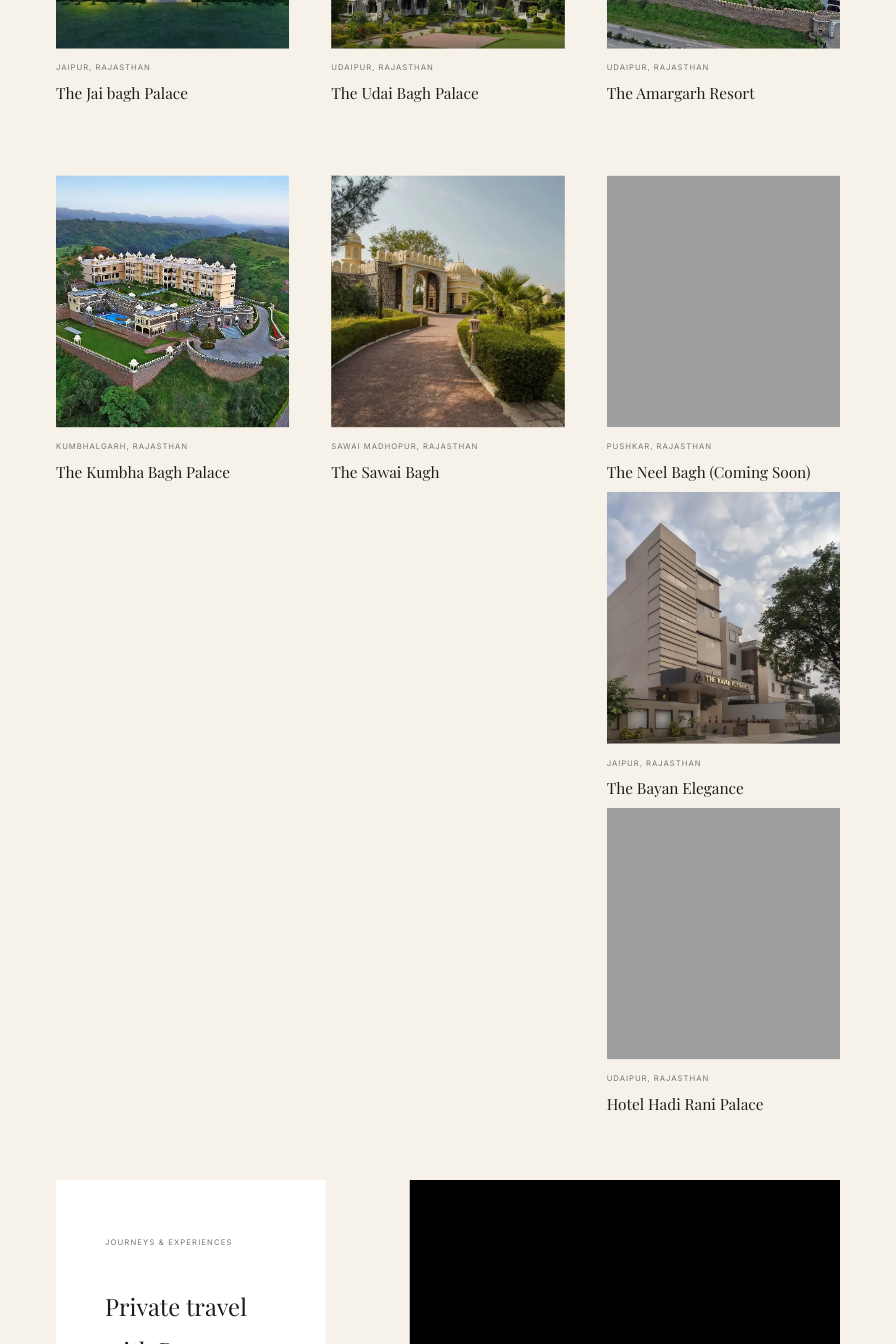
Repository: Arpitpawa/bayan-website
Page: hotels.html
These files come from the project's save history. The page is drawn as it stood at one moment and after the next save; the edit follows.
The browser window is 1280 px wide. The pictures show the part of the page from y = 1232 to 3152 px (the page is 4233 px tall before and 4413 px after), at 70% of full size.
Pictures or frames that could not be fetched are drawn as grey boxes.

Above is the page before, as saved 2026-02-28 12:11:17.
Console error: TypeError: Cannot set properties of null (setting 'onclick')

After the next save:
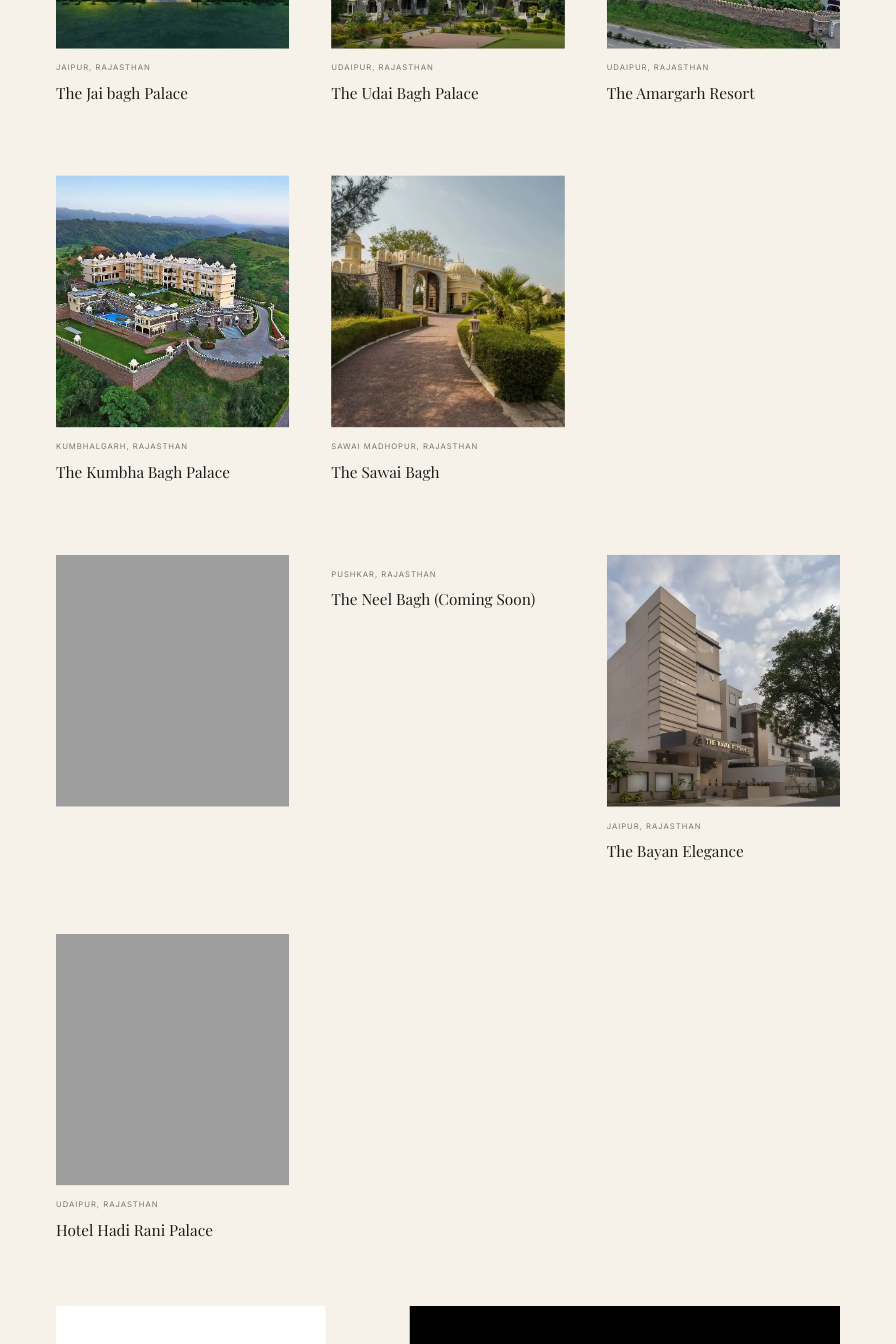
Saved 9 s later.
--- a/hotels.html
+++ b/hotels.html
@@ -196,7 +196,7 @@
 
       </div>
     </a>
-    <div class="hotel-card hotel-disabled" data-location="pushkar">
+    <div class="hotel-card hotel-disabled" data-location="pushkar"></div>
       <div class="hotel-image">
         <img src="assets/images/neelbagh.png" alt="The Bayan Elegance Jaipur">
       </div>
